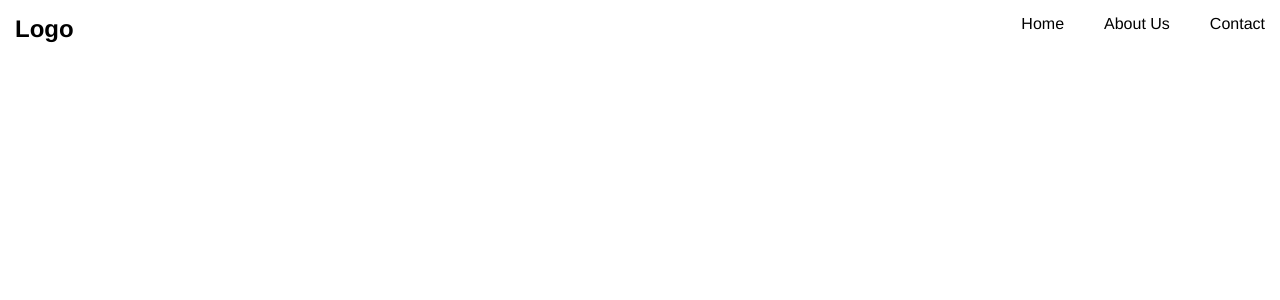
Repository: shreyajadhav13/TP_RP_05
Page: intermediate/assets/menu.html
These files come from the project's save history. The page is drawn as it stood at one moment and after the next save; the edit follows.
The browser window is 1280 px wide. The pictures show the whole page.

Above is the page before, as saved 2024-06-20 16:30:20.

### intermediate/assets/menu.html
<!DOCTYPE html>
<html lang="en">
<head>
    <meta charset="UTF-8">
    <meta name="viewport" content="width=device-width, initial-scale=1.0"/>
    <title>Navbar</title>
    <link rel="stylesheet" href="/assets/style.css">
</head>
<body>
    <nav class="nav">
        <div>
        <h1>Logo</h1>
        </div>
        <div>
        <ul>
                <li>Home</li>
                <li>About Us</li>
                <li>Contact</li>
        </ul>
    </div>
</nav>
</body>
</html>

### intermediate/assets/style.css
/* Global Selector */
*{
    /* CSS Resetting */
    margin: 0;
    padding: 0;
    box-sizing: border-box;
    font-family: 'Franklin Gothic Medium', 'Arial Narrow', Arial, sans-serif;
    list-style: none;
}

h1,label{
    font-family: 'Franklin Gothic Medium', 'Arial Narrow', Arial, sans-serif;
}

.button{
    border-color: black;
    padding: 3px 4px 1px 5px;
}

/*  Id Selector */
#login{
    color: white;
}
form{
    height: 300px;
    width: 300px;
    border: 2px ;
    border-radius: 8px;
    background-color:rgba(255, 255, 255, 0.322)


}
/*  Class Selector */
.form-input{
    margin: 40px 0px 0px 0px;
}

button:hover {
    opacity: 0.8;

}
/* End Login */

/* Navbar */

.nav{
    display: flex;
    justify-content: space-between;
}
.nav > div {
    padding:15px;
}

.nav > div > ul{
    display:flex;
    gap:40px;
}


/* End Navbar */

After the next save:
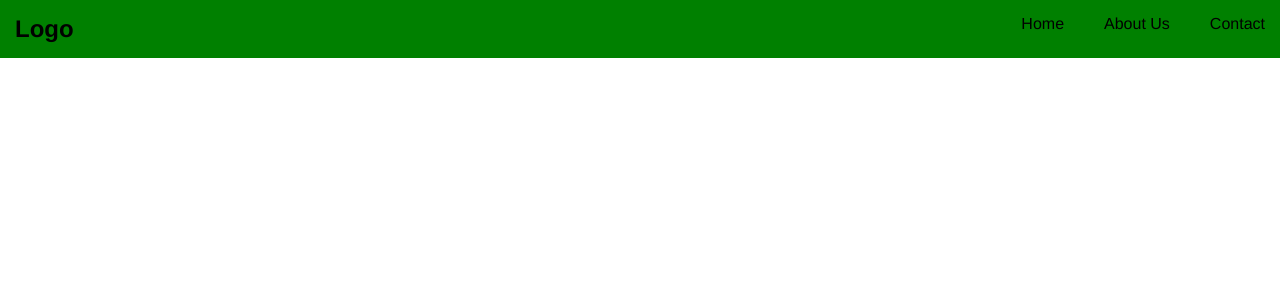
Saved 2 min 17 s later.
--- a/intermediate/assets/style.css
+++ b/intermediate/assets/style.css
@@ -46,6 +46,7 @@ button:hover {
 .nav{
     display: flex;
     justify-content: space-between;
+    background-color:green
 }
 .nav > div {
     padding:15px;
